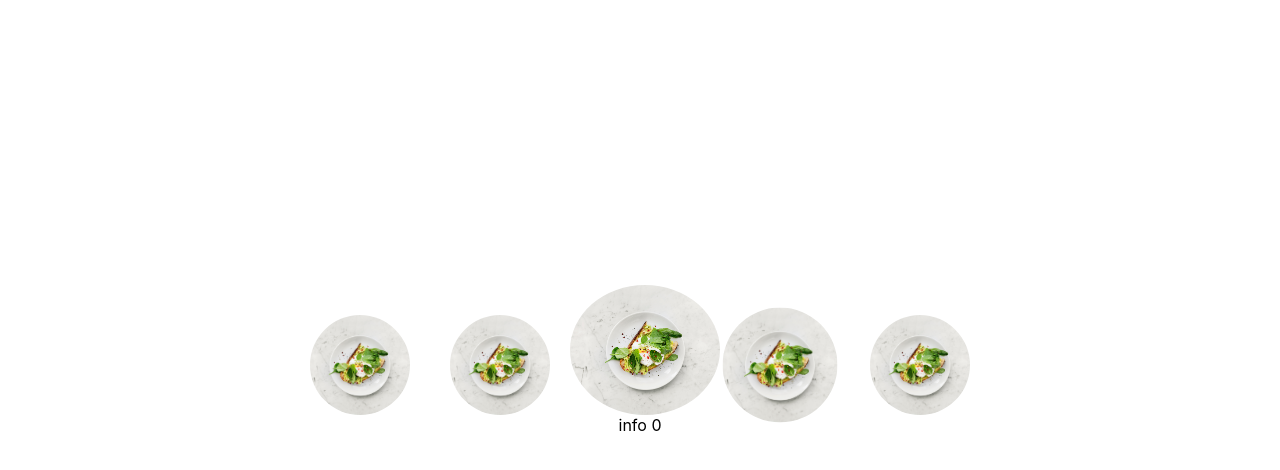
Repository: nambui98/slider
Page: /
These files come from the project's save history. The page is drawn as it stood at one moment and after the next save; the edit follows.
The browser window is 1280 px wide. The pictures show the whole page.
The project was rebuilt for these pictures with package versions that can differ from the ones it lists, and the page was loaded fresh each time. Also part of the build but not shown: vite.config.ts.

Above is the page before, as saved 2022-04-12 10:47:31.

After the next save:
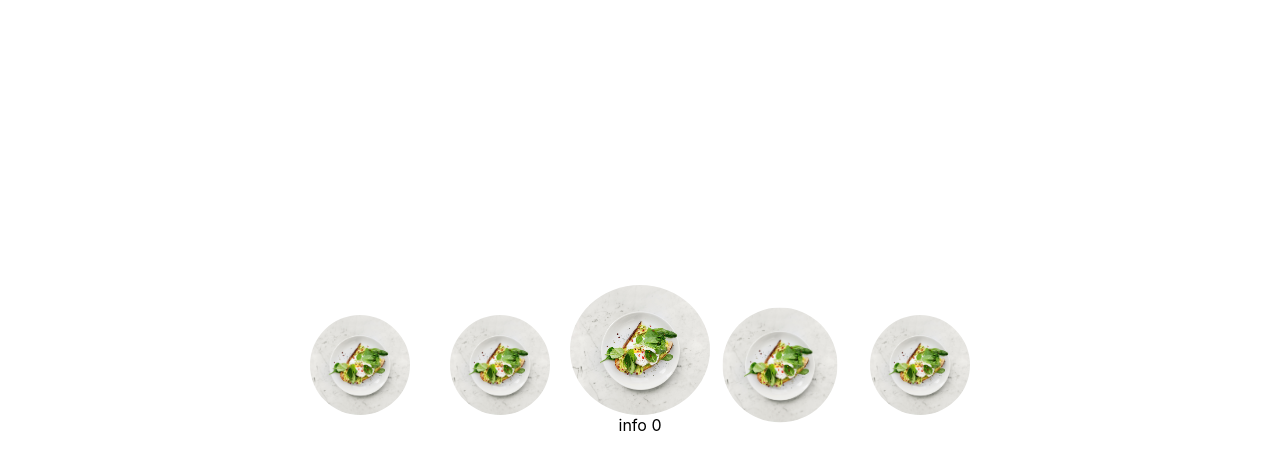
Saved 15 s later.
--- a/src/components/horizolslider/Horizolsider.tsx
+++ b/src/components/horizolslider/Horizolsider.tsx
@@ -43,8 +43,8 @@ const Item = styled.div`
         /* height: 200px; */
         /* margin-top: 30px; */
         img{
-            width: 150px;
-            height: 150px;
+            width: 140px;
+            height: 140px;
             /* width: 100%; */
             /* transform: scale(1.4) */
         }
